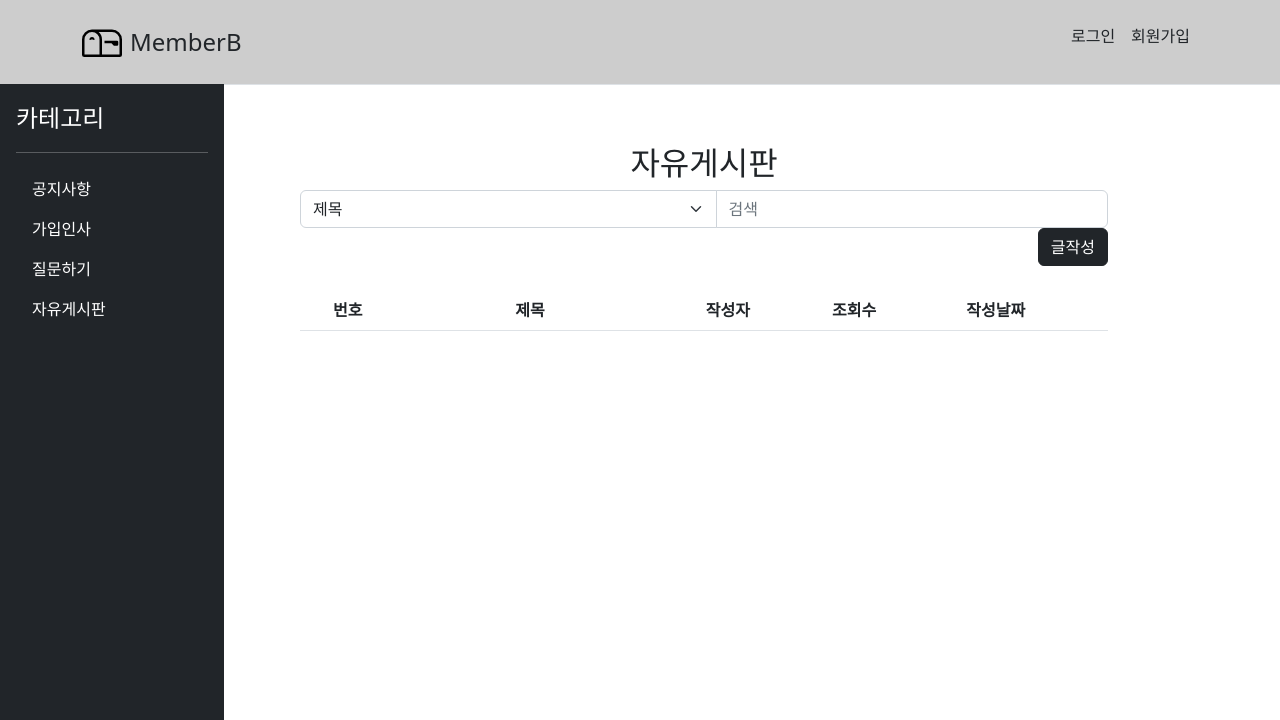
Repository: charmErin/board_220915
Page: http://localhost/board/WEB-INF/views/board/list.jsp
An editor plug-in stored every save of this project. The page is shown before and after the next save, followed by the edit.
The browser window is 1280 px wide. The pictures show the whole page.
The page is served by Tomcat 9. Nobody is signed in. The template is opened directly, without the code that normally fills it, so the values that code supplies are empty.

Above is the page before, as saved 2022-09-16 08:35:44.

After the next save:
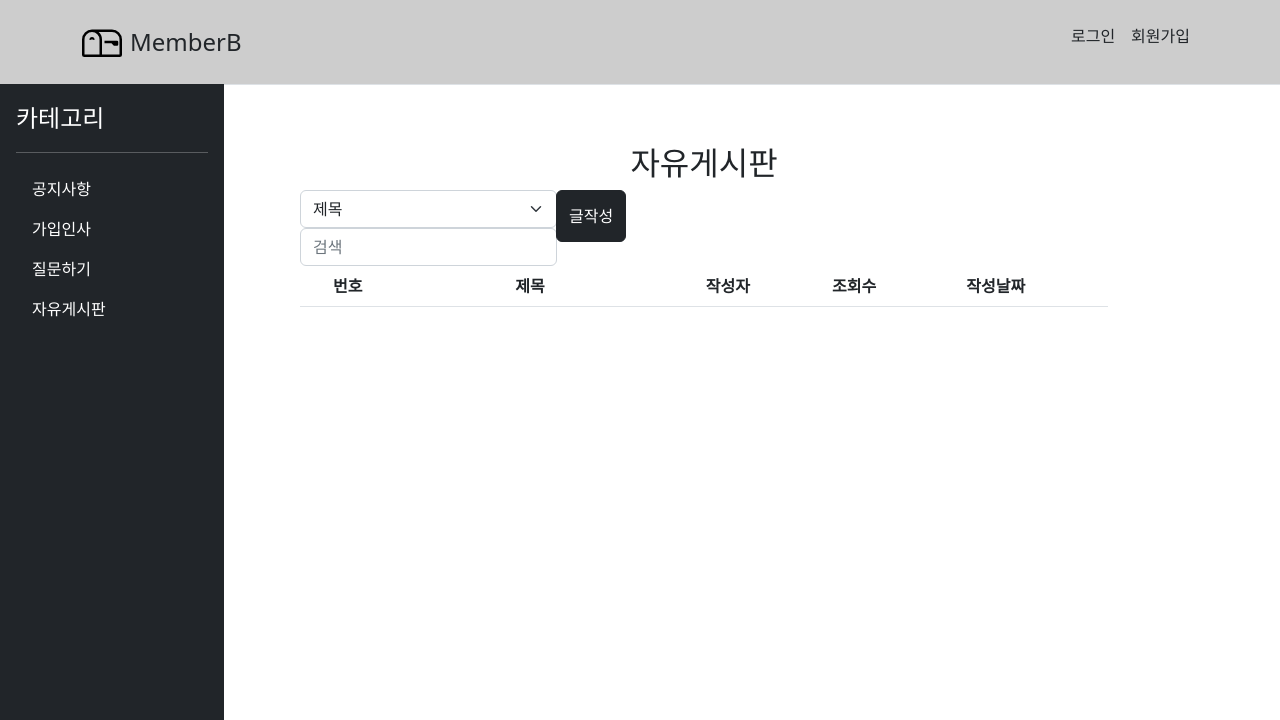
Saved 50 s later.
--- a/board/src/main/webapp/WEB-INF/views/board/list.jsp
+++ b/board/src/main/webapp/WEB-INF/views/board/list.jsp
@@ -57,19 +57,19 @@
 			</c:otherwise>
 		</c:choose>
 
-		<form class="col-md-auto" action="/board/search" method="get">
-				<div class="input-group">
+		<div class="input-group">
+			<form class="col-md-auto" action="/board/search" method="get">
 					<select class="form-select" name="searchType">
 						<option value="boardTitle">제목</option>
 						<option value="boardWriter">작성자</option>
 						<option value="boardContetns">내용</option>
 					</select>
 					<input class="form-control col-2" type="text" name="q" placeholder="검색" aria-label="Search">
-				</div>
 			</form>
 
-		<div class="d-grid gap-2 d-md-flex justify-content-md-end mb-4">
-			<button onclick="boardSave()" class="btn btn-dark">글작성</button>
+			<div class="d-grid gap-2 d-md-flex justify-content-md-end mb-4">
+				<button onclick="boardSave()" class="btn btn-dark">글작성</button>
+			</div>
 		</div>
 
 		<table class="table table-hover">

After the save that followed:
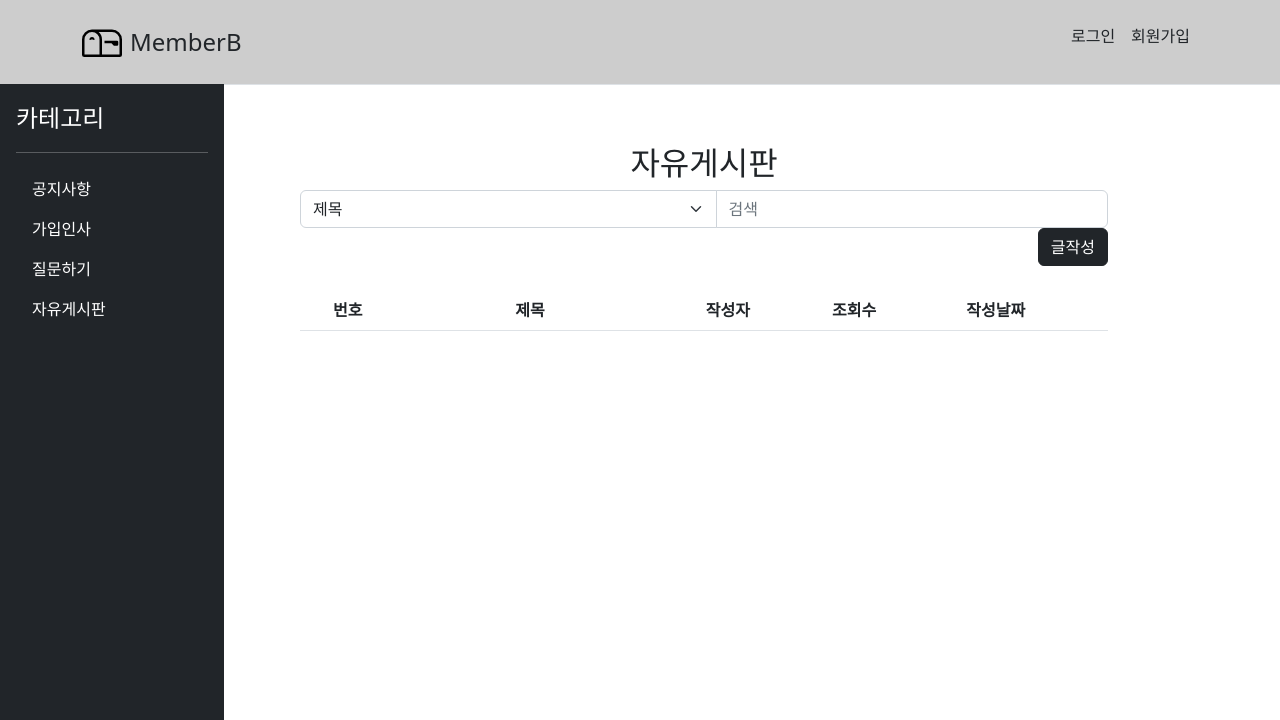
Saved 26 s later.
--- a/board/src/main/webapp/WEB-INF/views/board/list.jsp
+++ b/board/src/main/webapp/WEB-INF/views/board/list.jsp
@@ -57,20 +57,22 @@
 			</c:otherwise>
 		</c:choose>
 
-		<div class="input-group">
+
 			<form class="col-md-auto" action="/board/search" method="get">
+				<div class="input-group">
 					<select class="form-select" name="searchType">
 						<option value="boardTitle">제목</option>
 						<option value="boardWriter">작성자</option>
 						<option value="boardContetns">내용</option>
 					</select>
 					<input class="form-control col-2" type="text" name="q" placeholder="검색" aria-label="Search">
+				</div>
 			</form>
 
 			<div class="d-grid gap-2 d-md-flex justify-content-md-end mb-4">
 				<button onclick="boardSave()" class="btn btn-dark">글작성</button>
 			</div>
-		</div>
+
 
 		<table class="table table-hover">
 			<tr>
